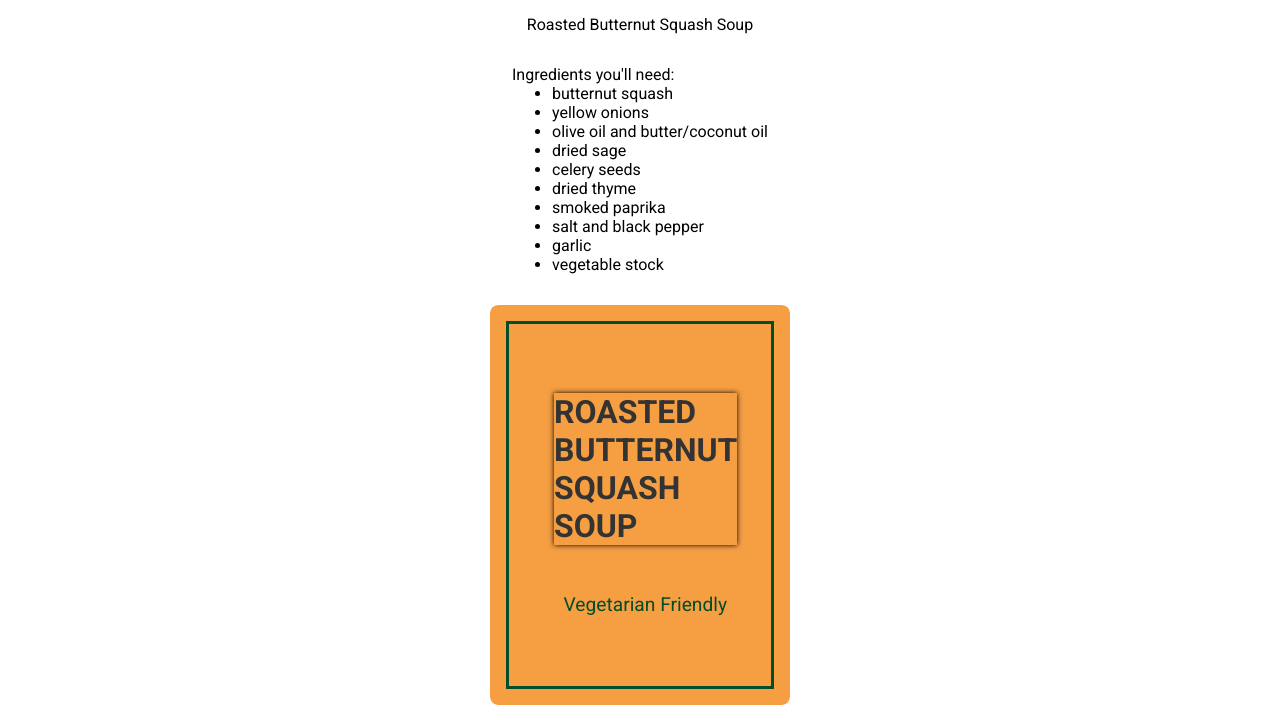
Repository: IDMX225/css-card-flip-LyssaMA
Page: src/index.html
These files come from the project's save history. The page is drawn as it stood at one moment and after the next save; the edit follows.
The browser window is 1280 px wide. The pictures show the whole page.
The style sheet was rebuilt from its Sass, Less or Tailwind sources for each picture, by a compiler version that may differ from the author's.

Above is the page before, as saved 2024-11-12 20:01:06.
Not found: src/js/index.js

After the next save:
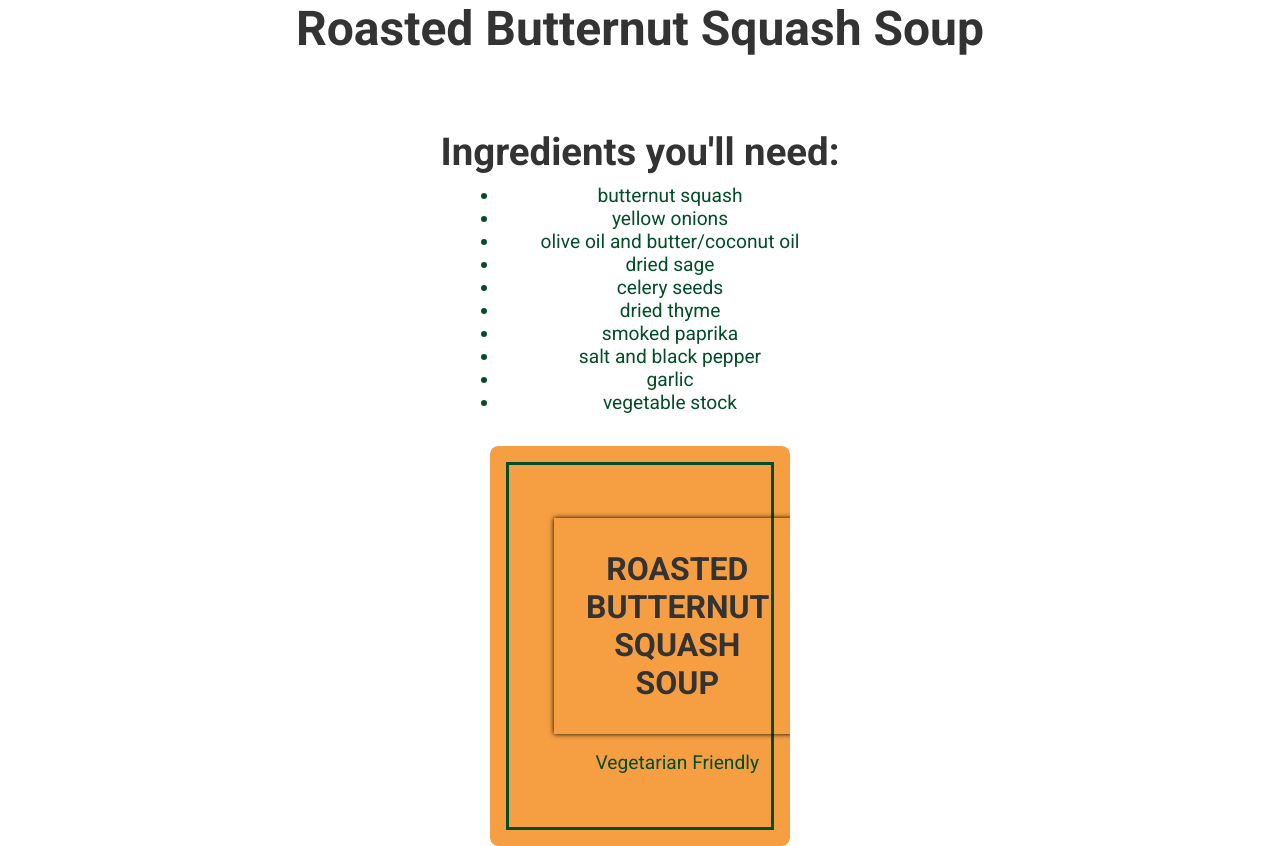
Saved 20 s later.
--- a/src/sass/main.scss
+++ b/src/sass/main.scss
@@ -5,8 +5,8 @@
   --level-three: translateZ(9rem);
   --fw-normal: 400;
   --fw-bold: 700;
-  --clr: #f59e42;
-  --clr-dark: #331710;
+  --clr: #f59e42; /* Squash Soup Orange */
+  --clr-dark: #331710; /* Dark brown for the card back */
   --font-family: 'Roboto', sans-serif;
 }
 
@@ -24,6 +24,39 @@ body {
   place-items: center;
 }
 
+/* Title Above the Card */
+.title-above-card {
+  font-family: var(--font-family);
+  font-size: 3rem; /* Larger size for the title */
+  font-weight: var(--fw-bold);
+  text-align: center;
+  margin-bottom: 1.5em; /* Space between title and ingredients */
+  color: #333; /* Dark color for the title */
+}
+
+/* Ingredients Section */
+.ingredients {
+  text-align: center;
+  margin-bottom: 2em; /* Space between ingredients and card */
+}
+
+.ingredients-heading {
+  font-family: var(--font-family);
+  font-size: 2.4rem; /* Larger size for "Ingredients you'll need:" */
+  font-weight: var(--fw-bold);
+  color: #333; /* Dark color */
+  margin-bottom: 10px; /* Adds space between the heading and the ingredient list */
+}
+
+.ingredients-list {
+  font-family: var(--font-family);
+  font-size: 1.2rem; /* Regular size for the list items */
+  color: #034d28; /* Dark green color */
+  list-style-type: disc; /* Use bullet points for the list */
+  margin-left: 20px; /* Indentation for the list items */
+}
+
+/* Card Container */
 .card {
   width: 300px;
   height: 400px;
@@ -32,6 +65,7 @@ body {
   overflow: hidden;
 }
 
+/* Card Content */
 .card__content {
   position: relative;
   width: 100%;
@@ -58,10 +92,11 @@ body {
   border-radius: 8px;
 }
 
+/* Front of the Card */
 .card__front {
   background-color: var(--clr);
-  color: #034d28;
-  padding: 4em;
+  color: #034d28; /* Dark green text for contrast */
+  padding: 4em;  /* Add space around the content inside the front of the card */
 }
 
 .card__front::before {
@@ -74,6 +109,7 @@ body {
   border: 3px solid currentColor;
 }
 
+/* Title on Card Front */
 .card__title {
   font-family: var(--font-family);
   font-size: 2rem;
@@ -81,14 +117,19 @@ body {
   text-transform: uppercase;
   color: #333;
   box-shadow: 0 0 5px black;
+  padding: 1em; /* Padding inside the box for space from the border */
+  z-index: 1;  /* Ensure it's above the border */
+  text-align: center;
 }
 
+/* Subtitle on Card */
 .card__subtitle {
   font-family: var(--font-family);
   font-size: 1.2rem;
   font-weight: var(--fw-normal);
 }
 
+/* Back of the Card */
 .card__back {
   background: var(--clr-dark);
   color: #f7d07d;
